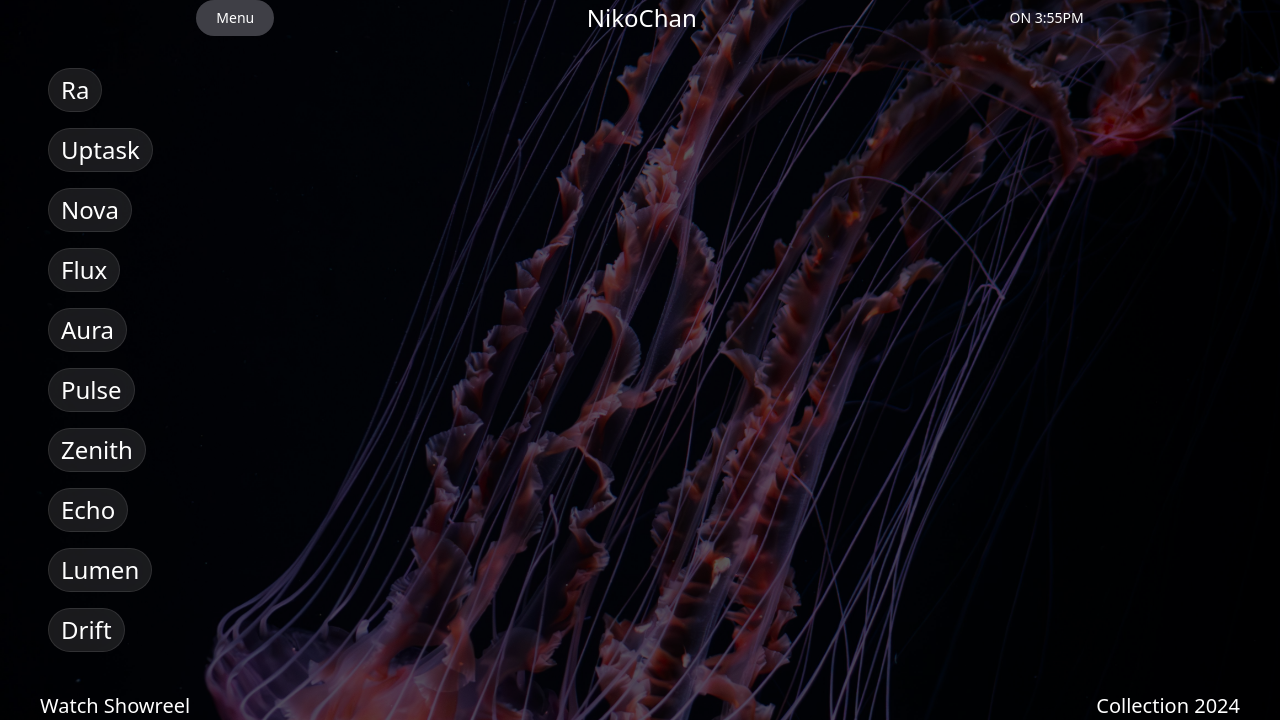
Repository: nikhilsinghrathore1/Niks_indian_local
Page: /
An editor plug-in stored every save of this project. The page is shown before and after the next save, followed by the edit.
The browser window is 1280 px wide. The pictures show the whole page.
The project was rebuilt for these pictures with package versions that can differ from the ones it lists, and the page was loaded fresh each time. Also part of the build but not shown: vite.config.ts.

Above is the page before, as saved 2024-08-27 10:52:38.

After the next save:
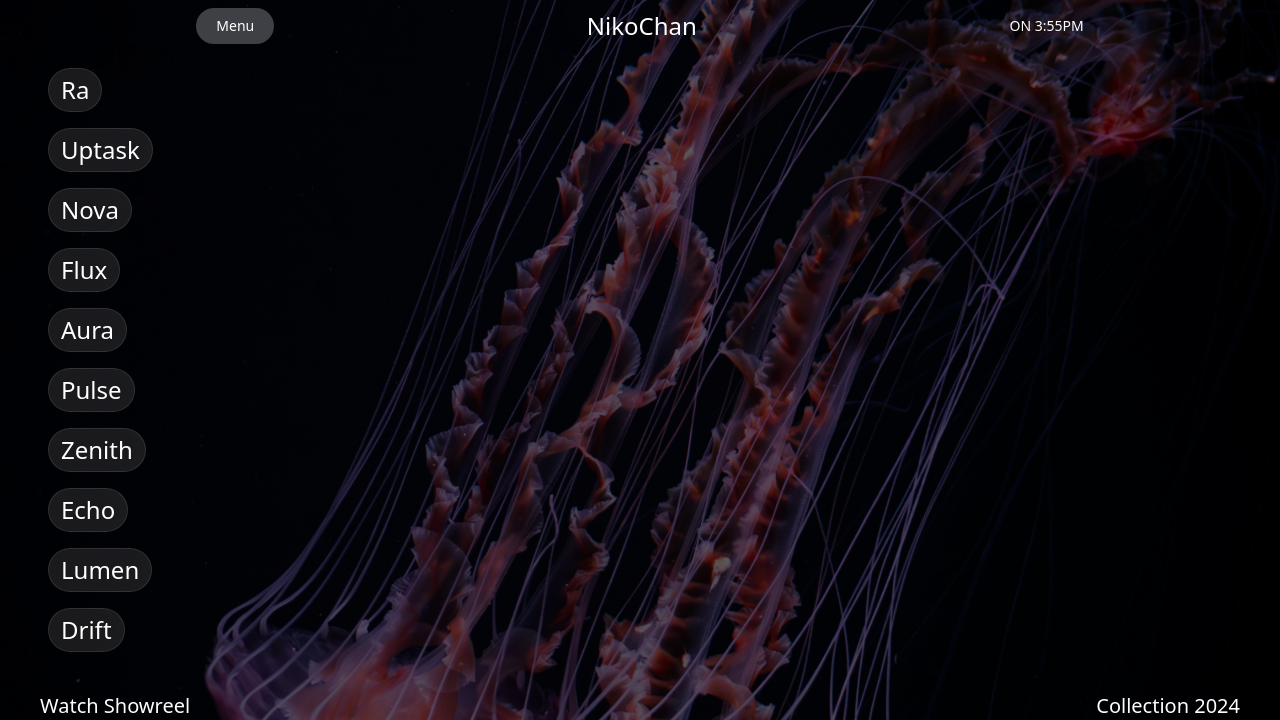
Saved 11 s later.
--- a/src/Components/Landing.tsx
+++ b/src/Components/Landing.tsx
@@ -272,7 +272,7 @@ const Landing: React.FC = () => {
   return (
     <div className='w-full h-screen overflow-hidden fixed text-white bg-black'>
       {/* Nav Bar */}
-      <nav className='w-full fixed px-10 flex items-center justify-around text-lg z-50'>
+      <nav className='w-full fixed px-10 flex py-2 items-center justify-around text-lg z-50'>
         <div className='menu-btn w-fit bg-zinc-700 rounded-full backdrop-blur-md px-5 py-2 cursor-pointer'>
           <h1 className='text-sm'>Menu</h1>
         </div>
